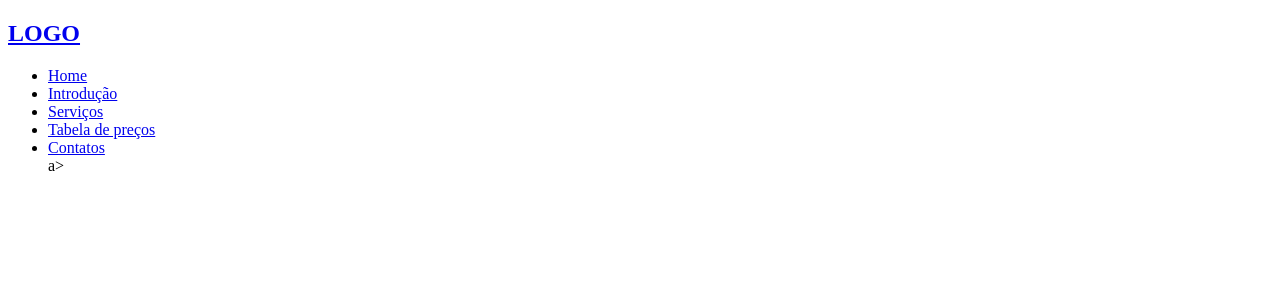
Repository: MarcioFreitasUFSC21/Proejct00
Page: ExampleSite/Assets/index2.html
The author's editor kept a copy of each file at every save. The page is drawn from the files as they stood at one save, then again after the next save.
The browser window is 1280 px wide. The pictures show the whole page.

Above is the page before, as saved 2023-03-18 17:07:30.

### ExampleSite/Assets/index2.html
<!DOCTYPE html>
<html lang="pt-br">
<head>
    <meta charset="UTF-8">
    <meta http-equiv="X-UA-Compatible" content="IE=edge">
    <meta name="viewport" content="width=device-width, initial-scale=1.0">
    <title>The first page</title>
</head>
<body>
    <section>
        <div>
            <h1><a href="#">LOGO </a></h1>
            <nav>
                <ul>
                    <li><a href="#">Home</a></li>
                    <li><a href="#"> Introdução</a></li>
                    <li><a href="#"> Serviços</a></li>
                    <li><a href="#"> Tabela de preços</a></li>
                    <li><a href="#"> Contatos</a></li>a></li>

                </ul>
            </nav>
        </div>
    </section>
</body>
</html>

After the next save:
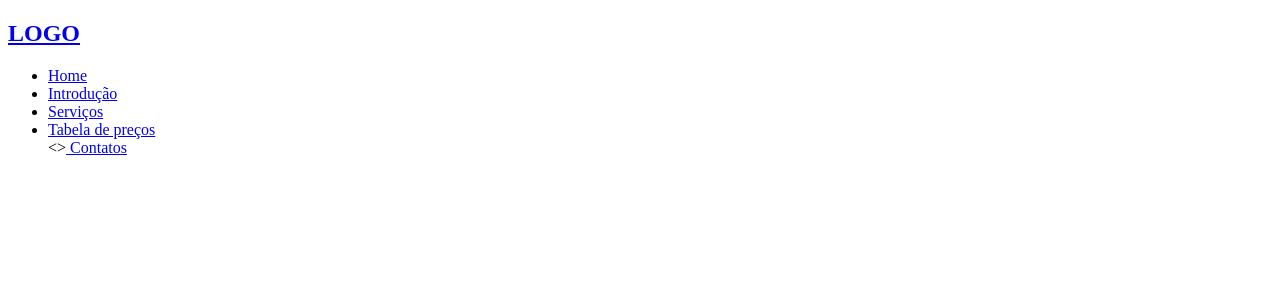
Saved 8 s later.
--- a/ExampleSite/Assets/index2.html
+++ b/ExampleSite/Assets/index2.html
@@ -16,7 +16,7 @@
                     <li><a href="#"> Introdução</a></li>
                     <li><a href="#"> Serviços</a></li>
                     <li><a href="#"> Tabela de preços</a></li>
-                    <li><a href="#"> Contatos</a></li>a></li>
+                    <><a href="#"> Contatos</a></li>
 
                 </ul>
             </nav>
